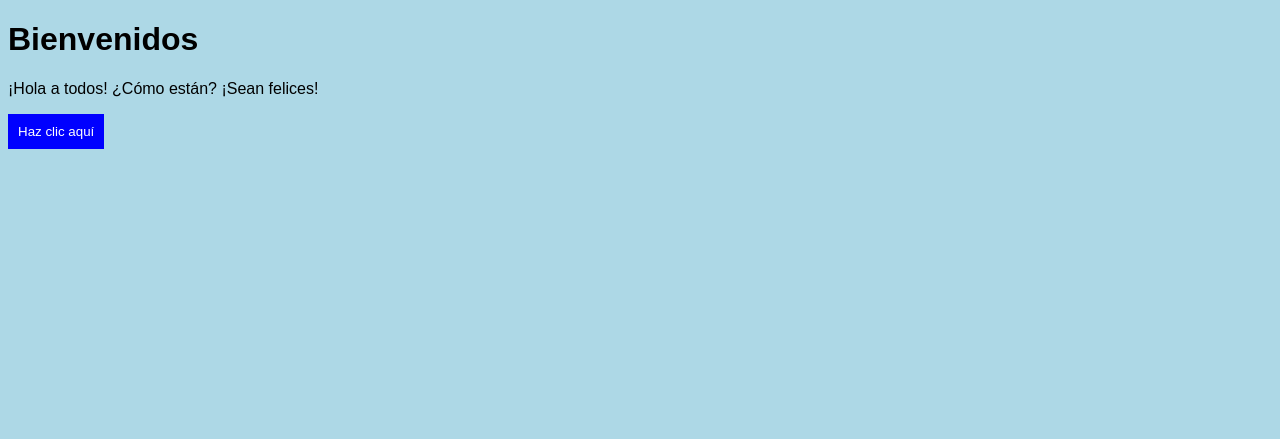
Repository: Connie75/KEYCODE
Page: Ejercicios/index.html
An editor plug-in stored every save of this project. The page is shown before and after the next save, followed by the edit.
The browser window is 1280 px wide. The pictures show the whole page.

Above is the page before, as saved 2024-08-16 03:43:50.

After the next save:
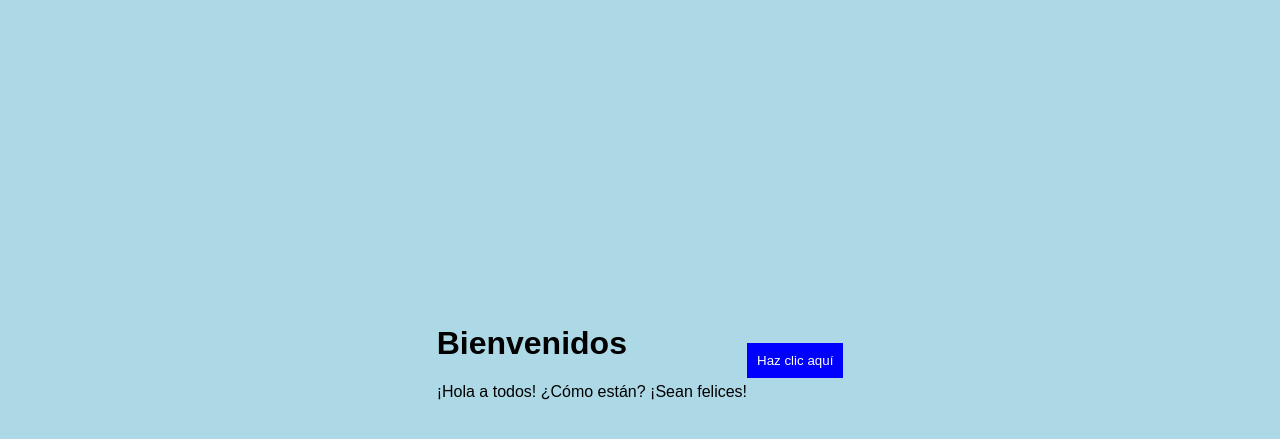
Saved 75 s later.
--- a/Ejercicios/index.html
+++ b/Ejercicios/index.html
@@ -8,6 +8,11 @@
         body {
             font-family: Arial, sans-serif;
             background-color: lightblue; /* Cambia el color del fondo */
+            display: flex;
+            justify-content: center;
+            align-items: center;
+            height: 100vh;
+            margin: 0;
         }
         .parrafo {
             color: darkblue;
